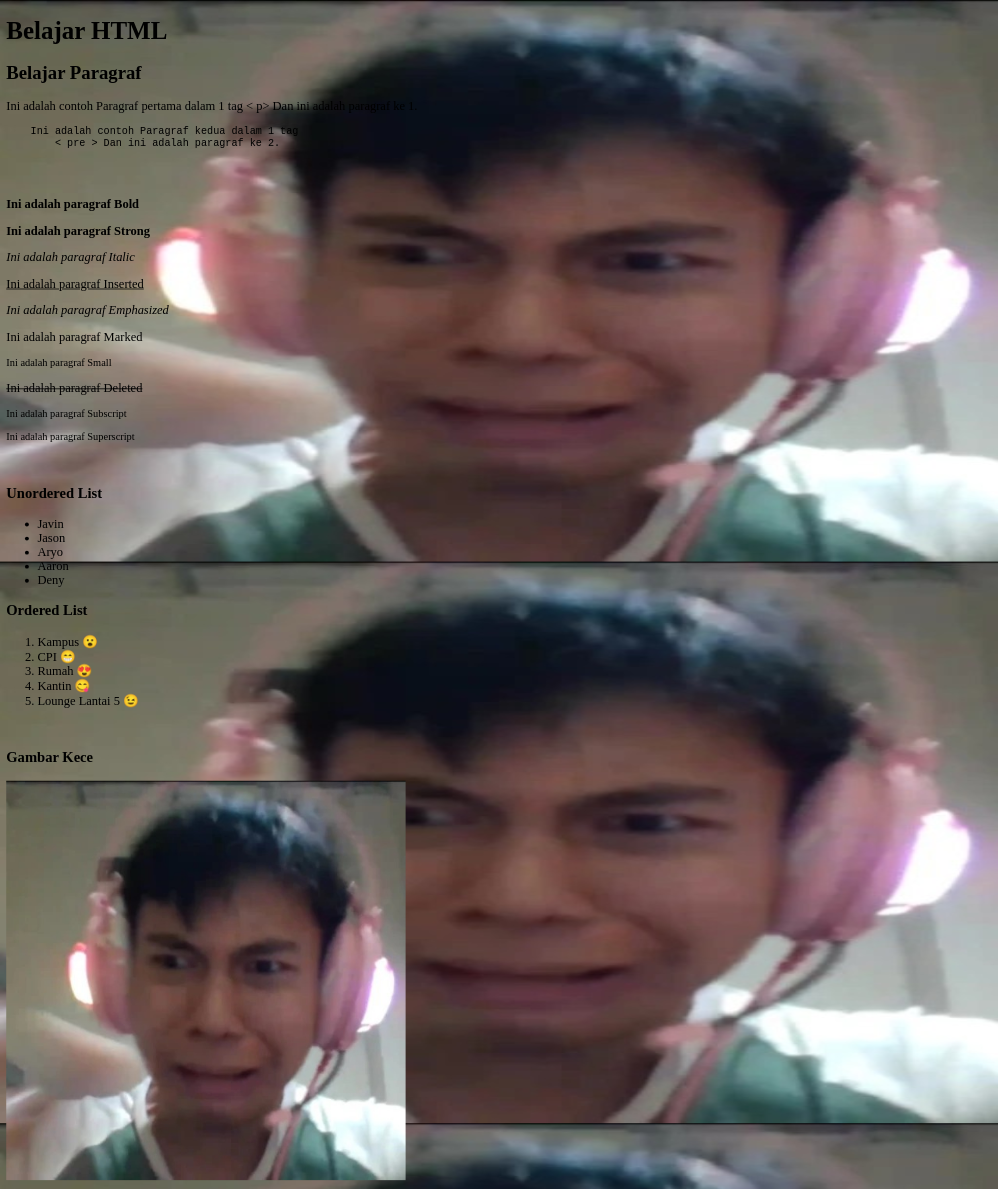
Repository: Gibekkk/WebPro
Page: Tugas HTML 1/index.html
The author's editor kept a copy of each file at every save. The page is drawn from the files as they stood at one save, then again after the next save.
The browser window is 1280 px wide. The pictures show the whole page, at 78% of full size.
Backgrounds fixed to the window are drawn as part of the page.

Above is the page before, as saved 2024-03-25 10:27:07.

After the next save:
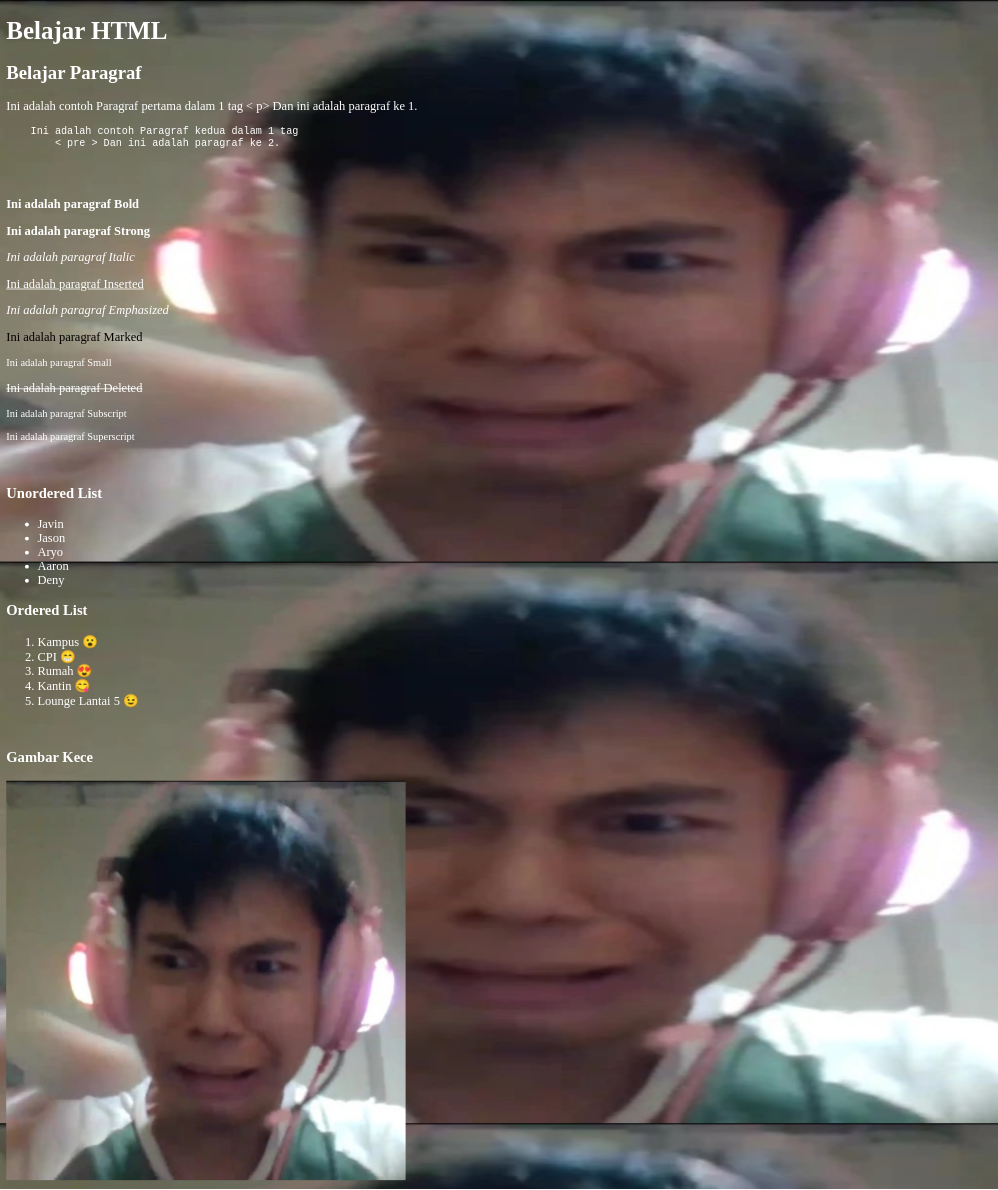
Saved 27 s later.
--- a/Tugas HTML 1/index.html
+++ b/Tugas HTML 1/index.html
@@ -7,7 +7,7 @@
     <title>Document</title>
 </head>
 
-<body style="background-image: url(javin.jpg); background-repeat: no-repeat; background-size: 100%; background-attachment: fixed;">
+<body style="background-image: url(javin.jpg); background-repeat: no-repeat; background-size: 100%; background-attachment: fixed; color: white">
     <h1>Belajar HTML</h1>
     <h2>Belajar Paragraf</h2>
     <p>Ini adalah contoh Paragraf pertama dalam 1 tag
